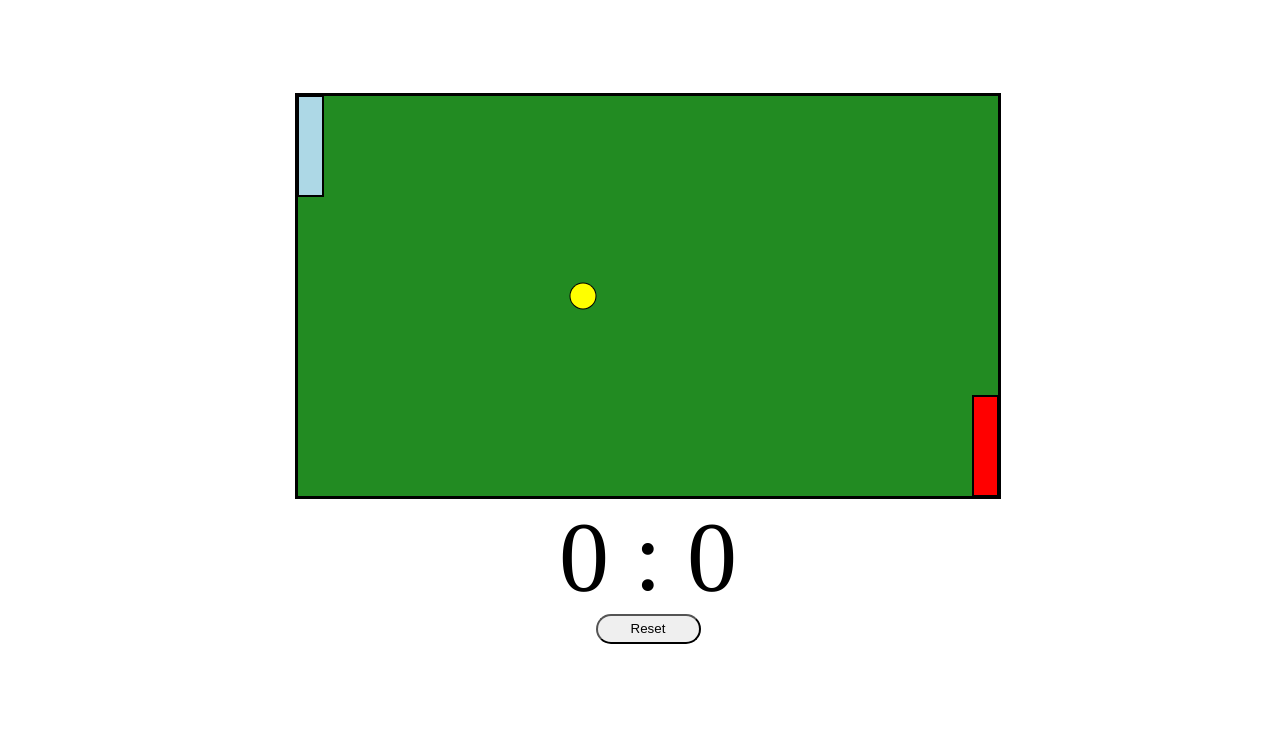
Repository: zacheys123/ping-pong
Page: index.html
The author's editor kept a copy of each file at every save. The page is drawn from the files as they stood at one save, then again after the next save.
The browser window is 1280 px wide. The page is 1288 px wide, so the pictures cover 1288 px, including what lies to the right of the window. The pictures show the whole page.

Above is the page before, as saved 2023-07-01 00:12:12.

### index.html
<html lang="en">
	<head>
		<meta charset="UTF-8" />
		<meta http-equiv="X-UA-Compatible" content="IE=edge" />
		<meta
			name="viewport"
			content="width=device-width, initial-scale=1.0"
		/>
		<title>Ping pong</title>
		<link rel="stylesheet" href="style.css" />
	</head>
	<body>
		<div id="gamecontainer">
			<canvas id="gameboard"></canvas>
			<div id="scoretext">0 : 0</div>
			<button id="resetbutton">Reset</button>
		</div>

		<script src="index.js"></script>
	</body>
</html>

### style.css
body {
	display: flex;
	justify-content: center;
	align-items: center;
	position: relative;
	width: 100vw;
	height: 100vh;
	overflow-y: hidden;
}
#gamecontainer {
	position: absolute;
	width: 100%;
	text-align: center;
}
#gameboard {
	border: 3px solid;
}
#scoretext {
	font-family: 'consolas' cursive;
	font-size: 100px;
}
#resetbutton {
	font-family: 'monospace' cursive;
	border-radius: 15px;
	cursor: pointer;
	width: 105px;
	height: 30px;
}

### index.js
const canvas = document.querySelector('#gameboard');
const ctx = canvas.getContext('2d');
const scoreText = document.querySelector('#scoretext');
canvas.width = 700;
canvas.height = 400;
const gamewidth = canvas.width;
const gameheight = canvas.height;
const resetbutton = document.querySelector('#resetbutton');
const paddle1color = 'lightblue';
const paddle2color = 'red';
const gameColor = 'forestgreen';
const paddleBorder = 'black';
const ballcolor = 'yellow';
const ballborder = 'black';
const ballradius = 12.5;
const paddlespeed = 50;

let intervalId = 0;
let ballspeed = 1;
let ballX = gamewidth / 2;
let ballY = gameheight / 2;
let ballXdirection = 0;
let ballYdirection = 0;
let player1core = 0;
let player2core = 0;
let paddle1 = { width: 25, height: 100, x: 0, y: 0 };
let paddle2 = {
	width: 25,
	height: 100,
	x: gamewidth - 25,
	y: gameheight - 100,
};

addEventListener('keydown', changeDirections, true);
resetbutton.addEventListener('click', reset, true);

gameStart();

function gameStart() {
	createBall();
	nextTick();
}
function nextTick() {
	intervalId = setTimeout(function () {
		clearBoard();
		drawPaddles();

		moveBall();
		drawBall(ballX, ballY);
		checkCollision();
		nextTick();
	}, 76);
}
function drawBall(ballX, ballY) {
	ctx.fillStyle = ballcolor;

	ctx.strokeStyle = ballborder;
	ctx.lineWidth = 2;
	ctx.beginPath();
	ctx.arc(ballX, ballY, ballradius, 0, 2 * Math.PI);
	ctx.stroke();
	ctx.fill();
}
function clearBoard() {
	ctx.fillStyle = gameColor;
	ctx.fillRect(0, 0, gamewidth, gameheight);
}
function changeDirections(event) {
	const keyPressed = event.keyCode;
	const paddle1Up = 87;
	const paddle1Down = 83;
	const paddle2Up = 38;
	const paddle2Down = 40;
	switch (keyPressed) {
		case paddle1Up:
			if (paddle1.y > 0) paddle1.y -= paddlespeed;
			break;
		case paddle1Down:
			if (paddle1.y + paddle1.height < gameheight)
				paddle1.y += paddlespeed;
			break;
		case paddle2Up:
			if (paddle2.y > 0) paddle2.y -= paddlespeed;
			break;
		case paddle2Down:
			if (paddle2.y + paddle2.height < gameheight)
				paddle2.y += paddlespeed;
			break;
	}
}
function createBall() {
	ballspeed = 1;
	if (Math.round(Math.random()) === 1) {
		ballXdirection = 1;
	} else {
		ballXdirection = -1;
	}
	if (Math.round(Math.random()) === 1) {
		ballYdirection = 1;
	} else {
		ballYdirection = -1;
	}
	ballX = gamewidth / 2;
	ballY = gameheight / 2;
	drawBall(ballX, ballY);
}
function moveBall() {
	ballX += ballspeed * ballXdirection;
}
function checkCollision() {}
function drawPaddles() {
	ctx.strokeStyle = paddleBorder;
	ctx.fillStyle = paddle1color;
	ctx.fillRect(paddle1.x, paddle1.y, paddle1.width, paddle1.height);
	ctx.strokeRect(paddle1.x, paddle1.y, paddle1.width, paddle1.height);
	ctx.fillStyle = paddle2color;
	ctx.fillRect(paddle2.x, paddle2.y, paddle2.width, paddle2.height);
	ctx.strokeRect(paddle2.x, paddle2.y, paddle2.width, paddle2.height);
}
function updateScore() {}
function reset() {}

After the next save:
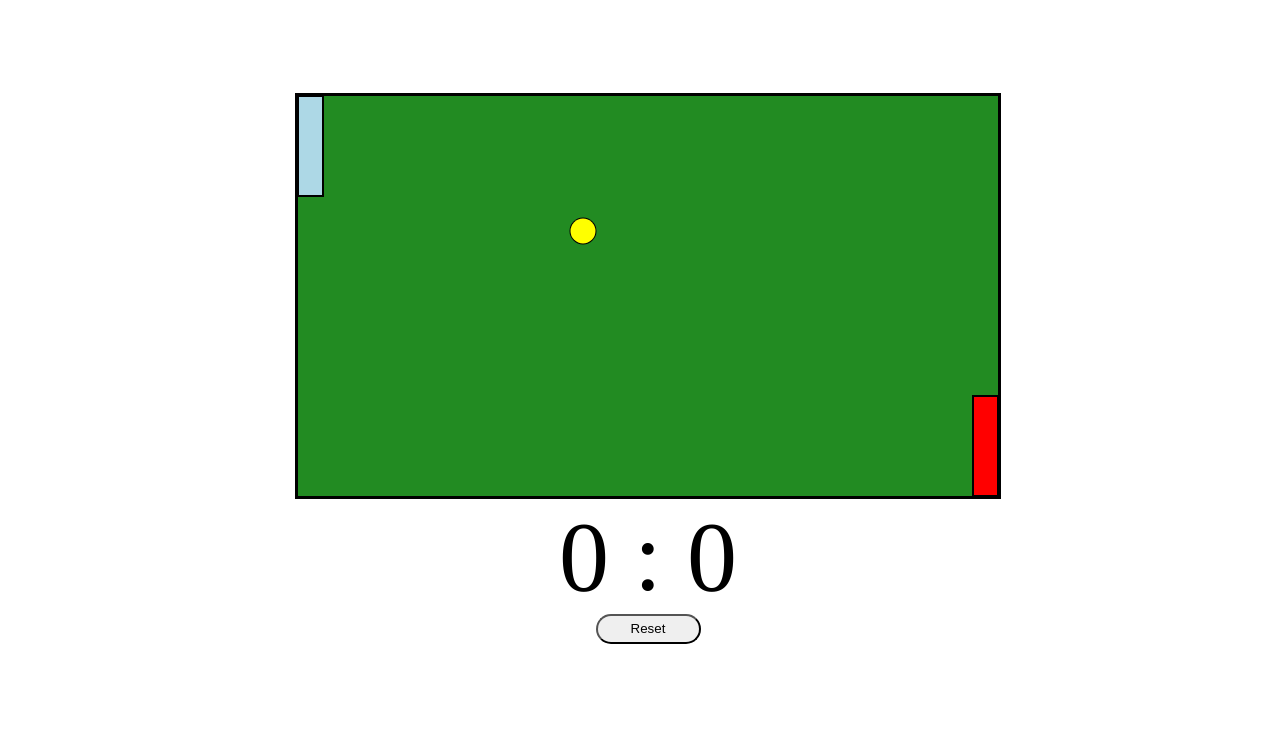
Saved 19 s later.
--- a/index.js
+++ b/index.js
@@ -106,6 +106,7 @@ function createBall() {
 }
 function moveBall() {
 	ballX += ballspeed * ballXdirection;
+	ballY += ballspeed * ballYdirection;
 }
 function checkCollision() {}
 function drawPaddles() {
